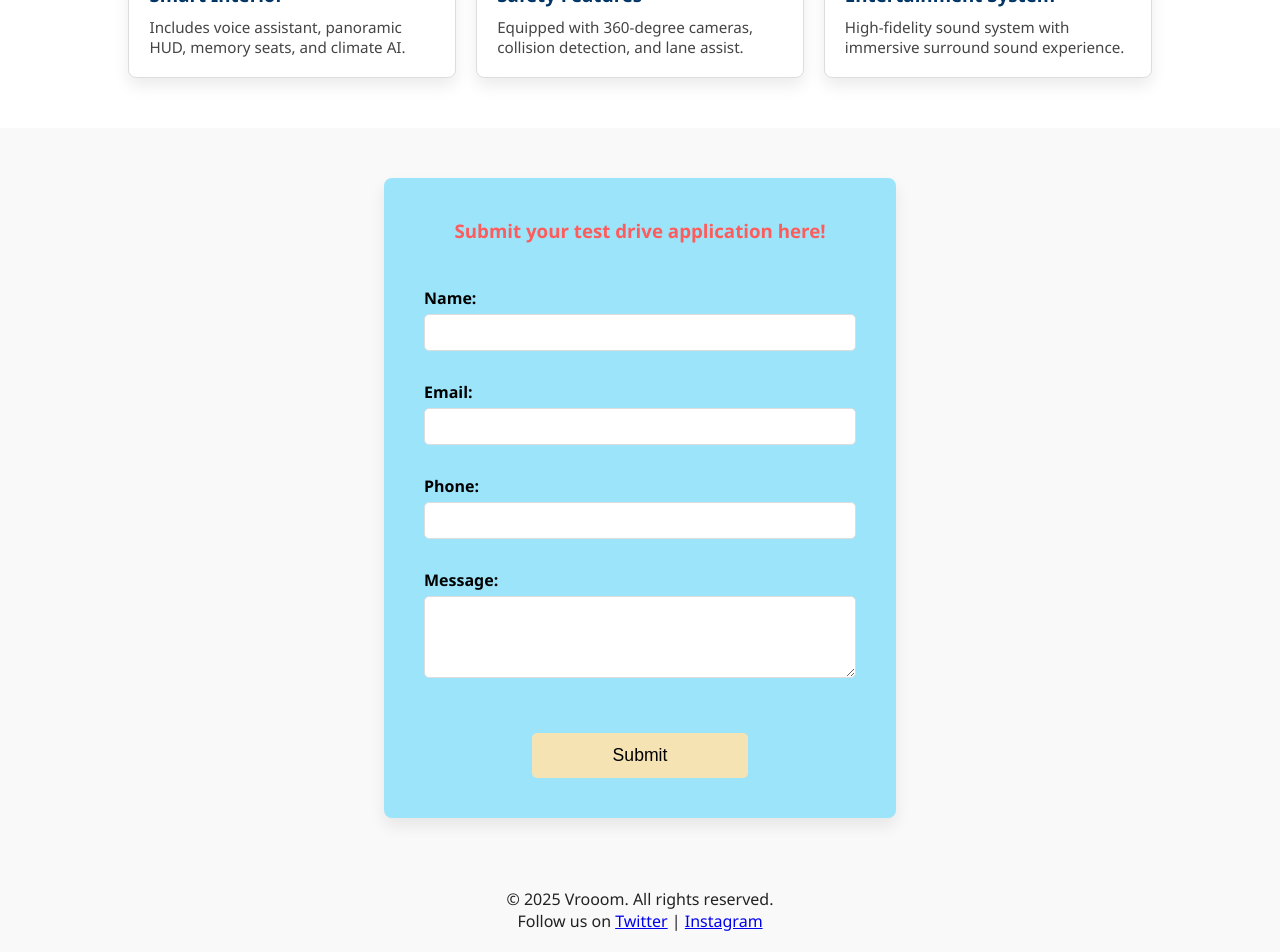
Repository: JiaheSu22/vrooom-responsive-main
Page: index.html
These files come from the project's save history. The page is drawn as it stood at one moment and after the next save; the edit follows.
The browser window is 1280 px wide. The pictures show the part of the page from y = 940 to 1892 px (the page is 1892 px tall).
A picture or video elsewhere on the page could not be fetched, so the positions and the page height are approximate.

Above is the page before, as saved 2025-04-11 15:17:56.

### index.html
<!DOCTYPE html>
<html lang="en">

<head>
  <meta charset="UTF-8">
  <title>Vrooom — Barracuda X10</title>
  <style>
    * {
      box-sizing: border-box;
      margin: 0;
      padding: 0;
    }

    body {
      font-family: 'Segoe UI', sans-serif;
      background-color: #f9f9f9;
      color: #222;
    }

    /* HERO SECTION */
    .hero {
      position: relative;
      height: 100vh;
      width: 100%;
      background-image: url('assets/mercedes-vision-avtr.webp');
      background-repeat: no-repeat;
      background-size: cover;
      background-position: center;
      overflow: hidden;
    }

    /* Optional dark overlay for unifying text+video contrast */
    .hero::before {
      content: "";
      position: absolute;
      inset: 0;
      background: linear-gradient(to right, rgba(0, 0, 0, 0.7), rgba(0, 0, 0, 0.1));
      z-index: 0;
    }

    /* Logo - slightly rotated, floating */
    .hero-logo {
      position: absolute;
      left: 2px;
      width: 30%;
      transform: rotate(-8deg);
      z-index: 0;
    }

    .hero-logo img {
      width: 100%;
    }

    /* Rotated text box */
    .hero-text {
      position: absolute;
      bottom: 3%;
      left: 5%;
      background: rgba(255, 255, 255, 0.1);
      padding: 30px;
      border-left: 6px solid #f6e3b4;
      border-radius: 10px;
      backdrop-filter: blur(1px);
      z-index: 0;

    }

    .hero-text h1 {
      font-size: 3em;
      color: #a0fcf7;
      margin-bottom: 10px;
    }

    .hero-text p {
      font-size: 1.2em;
      color: #fff;
    }

    /* Tilted video box */
    .hero-video {
      position: absolute;
      top: auto;
      bottom: 20px;
      right: 20px;
      box-shadow: 0 10px 20px rgba(0, 0, 0, 0.6);
      z-index: 0;
      border-radius: 5px;
      overflow: hidden;
      transition: transform 0.3s ease;
    }

    .hero-video:hover {
      transform: scale(1.3);
    }

    .hero-video video {
      width: 100%;
      display: block;
      border-radius: 2px;
    }

    /* CARD SECTION */
    .card-section {
      display: flex;
      flex-wrap: wrap;
      justify-content: center;
      gap: 20px;
      padding: 50px 10%;
      background-color: #ffffff;
    }

    .top-card {
      background: rgb(248, 240, 194);
      border: 1px solid #f97705;
      border-radius: 8px;
      box-shadow: 0 8px 16px rgba(0, 0, 0, 0.08);
      padding: 20px;
      width: 32%;
      transition: transform 0.3s ease;
    }

    .card {
      background: white;
      border: 1px solid #ddd;
      border-radius: 8px;
      box-shadow: 0 8px 16px rgba(0, 0, 0, 0.08);
      width: 32%;
      padding: 20px;
      transition: transform 0.3s ease;
    }

    .top-card:hover {
      transform: translateY(10px);
      box-shadow: 0 12px 24px rgba(101, 247, 205, 0.1);
    }

    .card:hover {
      transform: translateY(-5px);
      box-shadow: 0 12px 24px rgba(0, 0, 0, 0.1);
    }

    .card h3 {
      margin-bottom: 10px;
      color: #003566;
    }

    .card p {
      font-size: 0.95em;
      color: #444;
    }

    .form-section {
      display: flex;
      flex-direction: column;
      background: #f9f9f9;
      padding: 50px 10%;
      text-align: center;
    }

    .form-section form {
      display: flex;
      flex-direction: column;
      background: rgb(155, 228, 250);
      border-radius: 8px;
      box-shadow: 0 8px 16px rgba(0, 0, 0, 0.08);
      width: 50%;
      padding: 40px;
      margin: auto;
    }

    .form-section label {
      display: flex;
      font-weight: bold;
      margin-bottom: 5px;
      color: #000000;
    }

    .form-section input,
    textarea {
      width: 100%;
      padding: 10px;
      border: 1px solid #ddd;
      border-radius: 5px;
      margin-bottom: 15px;
    }

    .form-section .form {
      margin-bottom: 15px;
    }

    .form-section button {
      margin: auto;
      background: #f6e3b4;
      color: #000000;
      border: none;
      padding: 12px 25px;
      border-radius: 5px;
      cursor: pointer;
      font-size: 1.1em;
      width: 50%;
      margin-top: 20px;
      transition: background 0.3s ease;
    }

    .form-section button:hover {
      background: #f97705;
      color: #fff;
    }


    /* Responsive Adjustments */
    @media (max-width: 768px) {
      .hero-text {
        position: static;
        margin: 20px auto;
        background: rgba(0, 0, 0, 0.7);
        text-align: center;
      }

      .hero-video {
        position: static;
        width: 90%;
        margin: 20px auto;
      }

      .card-section {

        align-items: center;
        padding: 30px 5%;
      }
    }
  </style>
</head>

<body>

  <!-- HERO SECTION -->
  <section class="hero">

    <!-- Logo -->
    <div class="hero-logo">
      <img src="assets/logo-enh.png" alt="Vrooom Logo">
    </div>

    <!-- Text -->
    <div class="hero-text">
      <h1>Mercedes Vision AVTR</h1>
      <p>A marriage between art and science.</p>
    </div>

    <!-- Video -->
    <div class="hero-video">
      <video autoplay loop muted>
        <source src="assets/avtr-demo.mp4" type="video/mp4">
        Your browser does not support the video tag.
      </video>
    </div>

  </section>

  <!-- CARD SECTION -->
  <section class="card-section">
    <div class="top-card">
      <h3>Top Speed</h3>
      <p>Reaches up to 220mph on open track with aerodynamic support.</p>
    </div>
    <div class="top-card">
      <h3>Acceleration</h3>
      <p>0 to 60mph in just 3.0 seconds. The surge you feel is real.</p>
    </div>
    <div class="top-card">
      <h3>Eco Mode</h3>
      <p>Fuel-efficient and clean in city mode — go fast and green.</p>
    </div>
    <div class="card">
      <h3>Smart Interior</h3>
      <p>Includes voice assistant, panoramic HUD, memory seats, and climate AI.</p>
    </div>
    <div class="card">
      <h3>Safety Features</h3>
      <p>Equipped with 360-degree cameras, collision detection, and lane assist.</p>
    </div>
    <div class="card">
      <h3>Entertainment System</h3>
      <p>High-fidelity sound system with immersive surround sound experience.</p>
    </div>
  </section>

  <section class="form-section">
    <form action="">
      <h3 style="color: rgb(254, 92, 92);">Submit your test drive application here!</h3> <br><br>
      <div class="form">
        <label for="name">Name:</label>
        <input type="text" id="name" name="name" required>
      </div>
      <div class="form">
        <label for="email">Email:</label>
        <input type="email" id="email" name="email" required>
      </div>
      <div class="form">
        <label for="phone">Phone:</label>
        <input type="tel" id="phone" name="phone" required>
      </div>
      <div class="form">
        <label for="message">Message:</label>
        <textarea id="message" name="message" rows="4" required></textarea>
      </div>
      <button type="submit">Submit</button>
    </form>
  </section>

  <footer>
    <div style="text-align: center; padding: 20px; background-color: #f9f9f9;">
      <p>&copy; 2025 Vrooom. All rights reserved.</p>
      <p>Follow us on <a href="https://twitter.com/vrooom" target="_blank">Twitter</a> | <a
          href="https://instagram.com/vrooom" target="_blank">Instagram</a></p>
    </div>
  </footer>
</body>

</html>

After the next save:
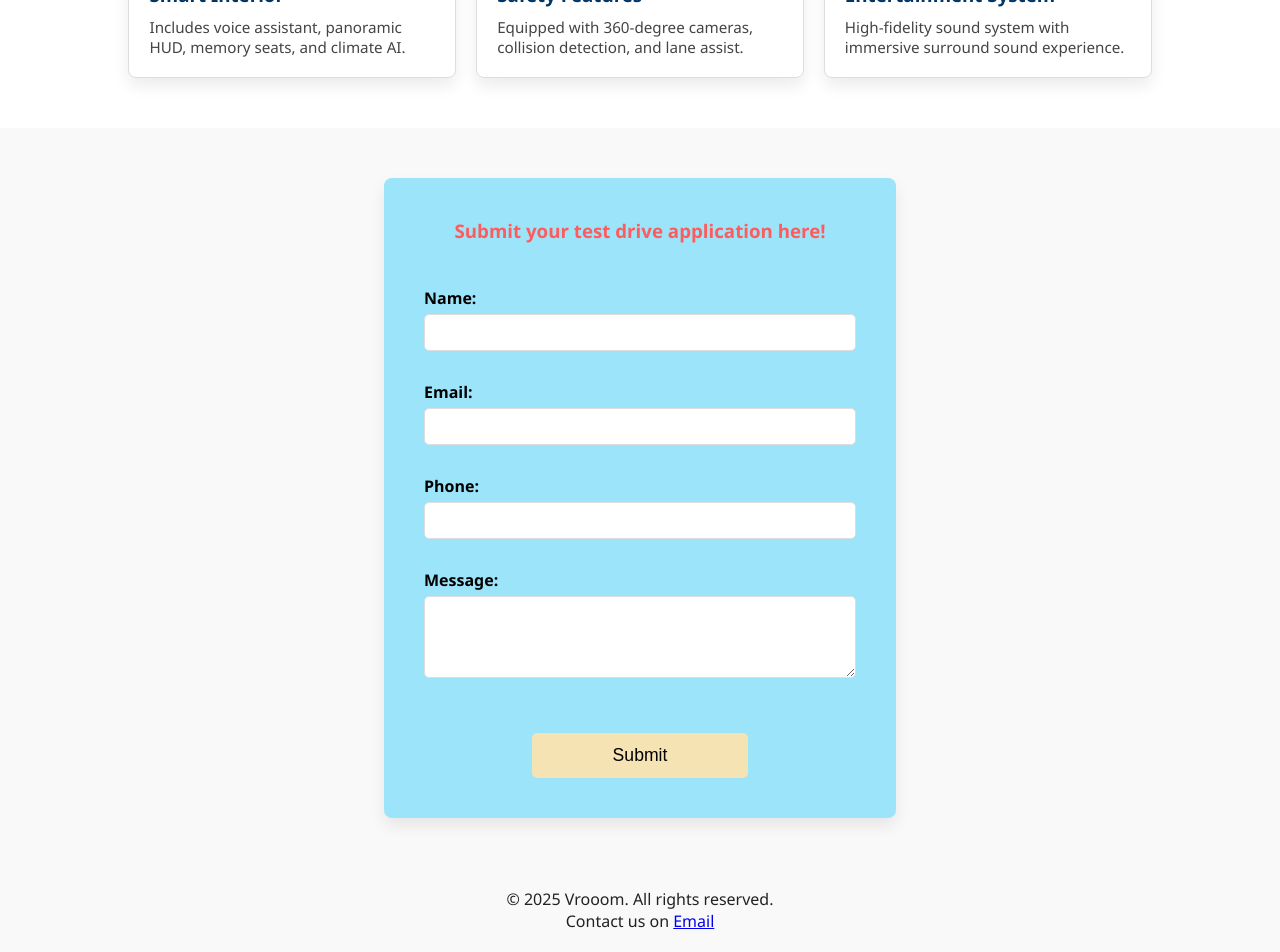
Saved 88 s later.
--- a/index.html
+++ b/index.html
@@ -312,8 +312,7 @@
   <footer>
     <div style="text-align: center; padding: 20px; background-color: #f9f9f9;">
       <p>&copy; 2025 Vrooom. All rights reserved.</p>
-      <p>Follow us on <a href="https://twitter.com/vrooom" target="_blank">Twitter</a> | <a
-          href="https://instagram.com/vrooom" target="_blank">Instagram</a></p>
+      <p>Contact us on <a href="mailto:contect@vroom.com">Email</a>
     </div>
   </footer>
 </body>
